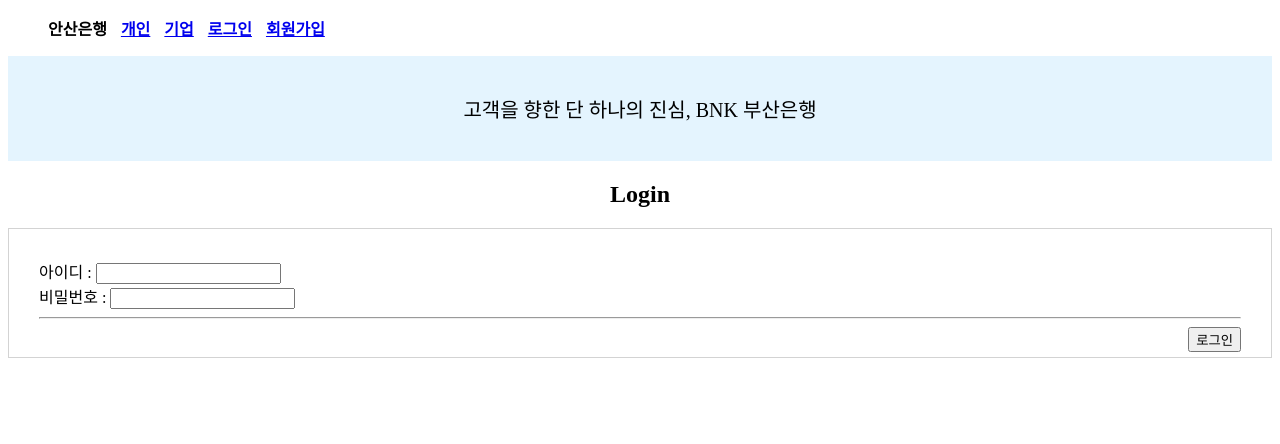
Repository: pvntlc/D-IT-Tech-Internship
Page: work_java/HTMLProject/src/main/webapp/login.html
These files come from the project's save history. The page is drawn as it stood at one moment and after the next save; the edit follows.
The browser window is 1280 px wide. The pictures show the whole page.

Above is the page before, as saved 2023-09-07 07:42:11.

After the next save:
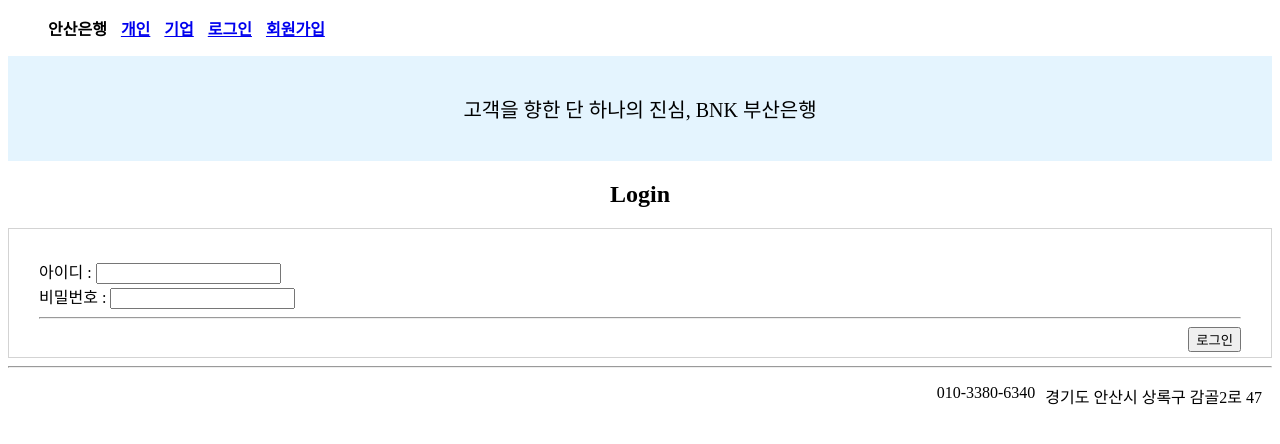
Saved 25 s later.
--- a/work_java/HTMLProject/src/main/webapp/login.html
+++ b/work_java/HTMLProject/src/main/webapp/login.html
@@ -43,6 +43,13 @@
 		<input class="loginbutton" type="submit" value="로그인" />
 	</form>
 	</div>
+	<footer>
+			<hr>
+			<ul>
+				<li>경기도 안산시 상록구 감골2로 47</li>
+				<li>010-3380-6340</li>
+			</ul>
+		</footer>
 </body>
 
 </html>
